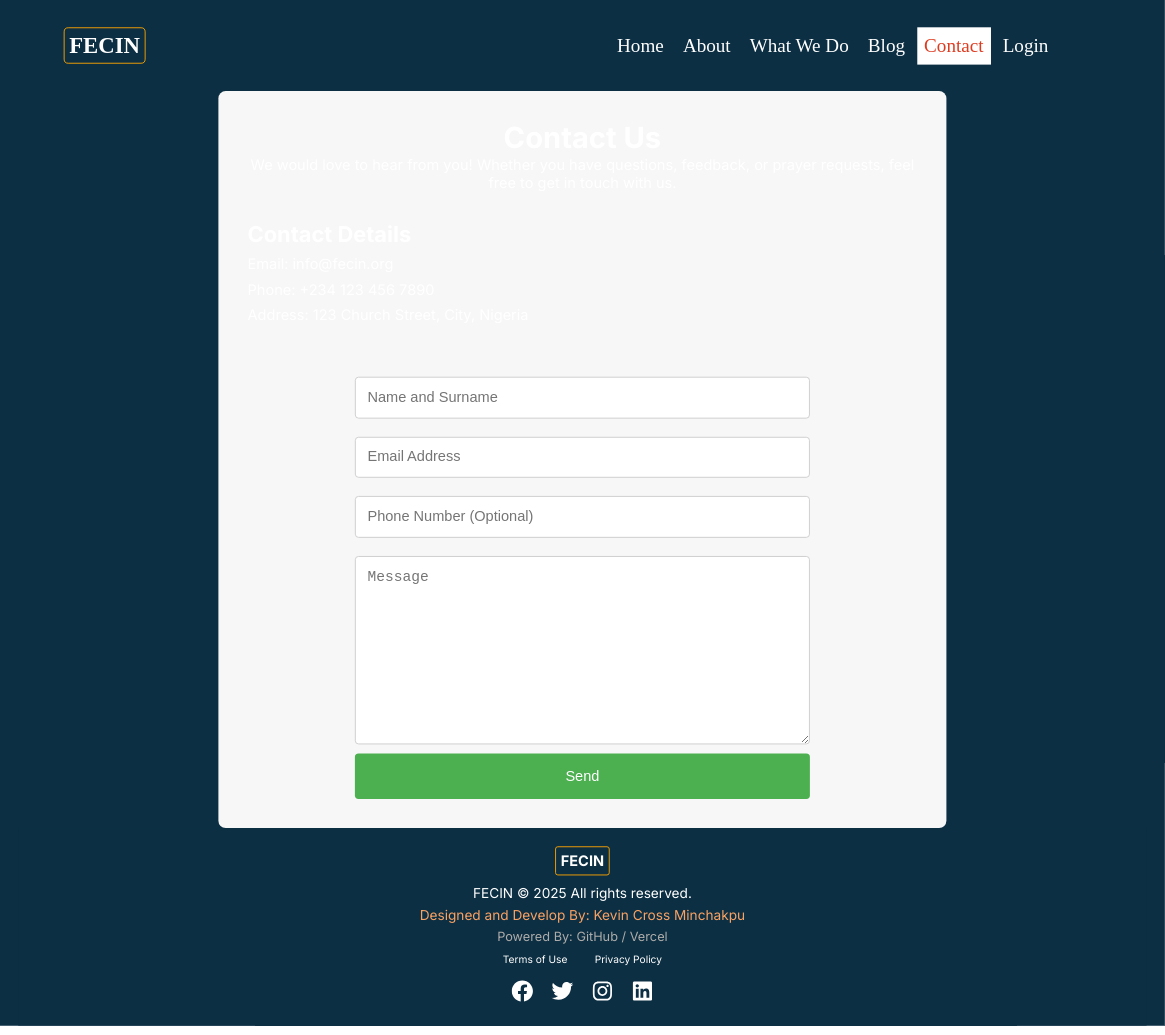
Repository: KCMinchakpu/fecin-projectgs497
Page: /contact
An editor plug-in stored every save of this project. The page is shown before and after the next save, followed by the edit.
The browser window is 1280 px wide. The pictures show the whole page, at 91% of full size.
The page's requests for data from a server got no answer. The project was rebuilt for these pictures with package versions that can differ from the ones it lists, and the page was loaded fresh each time. The framework's server and built-in components were replaced by stand-ins that run in the browser. No one was signed in, and anything a server would have sent is missing. Also part of the build but not shown: next.config.mjs.

Above is the page before, as saved 2025-04-12 13:01:22.

### src/app/layout.js
"use client";

import { Inter } from "next/font/google";
import "./globals.css";
import Navbar from "@/components/navbar/Navbar";
import Footer from "@/components/footer/Footer";
import { SessionProvider } from "next-auth/react"; // Import SessionProvider

const inter = Inter({ subsets: ["latin"] });

export default function RootLayout({ children }) {
  return (
    <html lang="en">
      <body className={inter.className}>
        <SessionProvider>
          <div className="container">
            <Navbar />
            {children}
            <Footer />
          </div>
        </SessionProvider>
      </body>
    </html>
  );
}

### src/app/contact/page.jsx
"use client";

import React from 'react';
import Image from 'next/image';
import styles from './contact.module.css';

const ContactPage = () => {

  const a = Math.random();
  console.log(a);

  return (
    <div className={styles.container}>
      <h1 className={styles.heading}>Contact Us</h1>
      <p className={styles.description}>
        We would love to hear from you! Whether you have questions, feedback, or prayer requests, feel free to get in touch with us.
      </p>

      {/* Contact Details Section */}
      <div className={styles.contactDetails}>
        <h2>Contact Details</h2>
        <p>Email: <a href="mailto:info@fecin.org">info@fecin.org</a></p>
        <p>Phone: +234 123 456 7890</p>
        <p>Address: 123 Church Street, City, Nigeria</p>
      </div>

      {/* Contact Form Section */}
      <div className={styles.formContainer}>
        <form action="" className={styles.form}>
          <input type="text" placeholder="Name and Surname" className={styles.input} />
          <input type="email" placeholder="Email Address" className={styles.input} />
          <input type="text" placeholder="Phone Number (Optional)" className={styles.input} />
          <textarea
            name=""
            id=""
            cols="30"
            rows="10"
            placeholder="Message"
            className={styles.textarea}
          ></textarea>
          <button className={styles.button} onClick={() => console.log("clicked")}>Send</button>
        </form>
      </div>
    </div>
  );
};

export default ContactPage;

### src/app/globals.css
:root {
    --bg: #0c2f43;
    --text: white;
    --bgSoft: #091f2c;
    --textSoft: rgb(237, 232, 232);
    --btn: #de3c21;
    --bgWhite: white;
    --textGray: #444444;
}

/* Box sizing rules */
* {
    box-sizing: border-box;
    margin:0;
    padding: 0;
  }

/* Set core body defaults */
body {
    background-color: var(--bgWhite);
    color: var(--text);
  }

a {
    color: inherit;
    text-decoration: none;
}

.container {
  background-color: var(--bg);
  width: 100%; /* Default for small screens */
  margin: auto;
  padding-left: 20px;
  padding-right: 20px;
  min-height: 120vh;
  display: flex;
  flex-direction: column;
  justify-content: space-between;
}

.callnana {
    background-color: var(--bgWhite);
    color: var(--textGray);
    padding: 20px;
    border-radius: 8px;
    box-shadow: 0 4px 8px rgba(0, 0, 0, 0.1);
    margin-bottom: 20px;
    width: 400px;
    height: 200px;
    align-items: center;
    justify-items: center;
}

### src/components/navbar/Navbar.jsx
import React from 'react';
import Link from 'next/link';
import Links from "./links/Links";
import styles from "./navbar.module.css";

const Navbar = () => {
  return (
    <div className={styles.container}>
      <Link href="/" className={styles.logo}>FECIN</Link>
      <div>
        <Links />
      </div>
    </div>
  );
};

export default Navbar;

### src/components/footer/Footer.jsx
import React from 'react';
import styles from './footer.module.css';
import { FaFacebook, FaTwitter, FaInstagram, FaLinkedin } from 'react-icons/fa';

const Footer = () => {
  return (
    <div className={styles.container}>
      <div className={styles.logo}>
        {/* You can add a logo image here if needed */}
        <h2>FECIN</h2>
      </div>
      <div>
        <p className={styles.text}>FECIN © 2025 All rights reserved.</p>
        <p className={styles.author}>
          <a href="https://www.linkedin.com/in/kevin-cross-minchakpu-7897379a" target="_blank">Designed and Develop By: Kevin Cross Minchakpu</a>
          </p>
        <p className={styles.company}>
          <a href="https://octatesystems.github.io/OSNigeria/">Powered By: GitHub / Vercel</a>
          </p>
      </div>
      <div className={styles.links}>
        <a href="/terms" className={styles.link}>Terms of Use</a>
        <a href="/privacy" className={styles.link}>Privacy Policy</a>
      </div>
      <div className={styles.socialIcons}>
        <a href="https://facebook.com" target="_blank" rel="noopener noreferrer" className={styles.icon}>
          <FaFacebook />
        </a>
        <a href="https://twitter.com" target="_blank" rel="noopener noreferrer" className={styles.icon}>
          <FaTwitter />
        </a>
        <a href="https://instagram.com" target="_blank" rel="noopener noreferrer" className={styles.icon}>
          <FaInstagram />
        </a>
        <a href="https://linkedin.com" target="_blank" rel="noopener noreferrer" className={styles.icon}>
          <FaLinkedin />
        </a>
      </div>
    </div>
  );
};

export default Footer;

### src/app/contact/contact.module.css
/* contact.module.css */

.container {
  padding: 2rem;
  max-width: 800px;
  margin: 0 auto;
  background-color: #f7f7f7; /* Light background color for the container */
  border-radius: 8px; /* Optional: Adds rounded corners */
}

.heading {
  font-size: 2rem;
  text-align: center;
}

.description {
  text-align: center;
  margin-bottom: 2rem;
}

.contactDetails {
  margin-bottom: 3rem;
}

.contactDetails h2 {
  font-size: 1.5rem;
}

.contactDetails p {
  font-size: 1rem;
  margin: 0.5rem 0;
}

.formContainer {
  display: flex;
  justify-content: center;
}

.form {
  width: 100%;
  max-width: 500px;
  display: flex;
  flex-direction: column;
}

.input, .textarea {
  margin: 10px 0;
  padding: 0.8rem;
  font-size: 1rem;
  border: 1px solid #ccc;
  border-radius: 4px;
}

.textarea {
  resize: vertical;
}

.button {
  background-color: #4CAF50;
  color: white;
  padding: 1rem;
  font-size: 1rem;
  border: none;
  border-radius: 4px;
  cursor: pointer;
  transition: background-color 0.3s;
}

.button:hover {
  background-color: #45a049;
}

### src/components/navbar/links/Links.jsx
"use client";

import React, { useState } from "react";
import { useSession } from "next-auth/react";
import Image from 'next/image';
import NavLink from "../navLink/NavLink";
import styles from "./links.module.css";

const links = [
  { title: "Home", path: "/" },
  { title: "About", path: "/about" },
  { title: "What We Do", path: "/whatwedo" },
  { title: "Blog", path: "/blog" },
  { title: "Contact", path: "/contact" },
];

const Links = () => {
  const [open, setOpen] = useState(false);
  const { data: session, status } = useSession();

  const isAdmin = session?.user?.role === "admin";

  return (
    <div className={styles.container}>
      <div className={styles.links}>
        {links.map((link) => (
          <NavLink item={link} key={link.title} />
        ))}

        {!session && status !== "loading" && (
          <NavLink item={{ title: "Login", path: "/login" }} />
        )}

        {session && isAdmin && (
          <NavLink item={{ title: "Admin", path: "/admin" }} />
        )}

        {session && (
          <form method="post" action="/api/auth/signout">
            <button className={styles.logout}>Logout</button>
          </form>
        )}
      </div>

      <Image
        className={styles.menuButton}
        src="/menu.png"
        alt="Hamburger menu"
        width={30}
        height={30}
        onClick={() => setOpen((prev) => !prev)}
      />

      {open && (
        <div className={styles.mobileLinks}>
          {links.map((link) => (
            <NavLink item={link} key={link.title} />
          ))}
        </div>
      )}
    </div>
  );
};

export default Links;

### src/components/navbar/navbar.module.css
.container {
    height: 100px;
    display: flex;
    align-items: center;
    justify-content: space-between;
}

.logo {
    font-size: 25px;
    font-weight: bold;
    font-family: "Play", serif;
    font-weight: 700;
    font-style: normal;
    border: 1.5px solid orange;
    padding: 5px;
    border-radius: 5px;
    margin-left: 50px;
}

### src/components/footer/footer.module.css
/* Footer Container */
.container {
    background-color: var(--bg);
    color: white;
    display: flex;
    flex-direction: column;
    align-items: center;
    justify-content: space-between;
    padding: 20px;
    text-align: center;
  }

  .logo h2 {
    font-size: 1rem;
    margin-bottom: 10px;
    border: 1px solid orange;
    padding: 5px;
    border-radius: 3px;
  }

  .text {
    margin-bottom: 5px;
    font-size: 15px;

  }
  .author {
    margin-bottom: 5px;
    font-size: 15px;
    color: rgb(250, 162, 99);
  }

  .company {
    margin-bottom: 5px;
    font-size: 14px;
    color: rgb(174, 172, 170);
  }

  .author:hover {
    text-decoration: underline;
  }

  .company:hover {
    text-decoration: underline;
  }

  .links {
    margin-bottom: 15px;
  }

  .link {
    color: white;
    margin: 0 15px;
    text-decoration: none;
    font-size: 0.7rem;
  }

  .link:hover {
    text-decoration: underline;
  }

  .socialIcons {
    display: flex;
    justify-content: center;
    gap: 20px;
  }

  .icon {
    font-size: 1.5rem;
    color: white;
    transition: color 0.3s ease;
  }

  .icon:hover {
    color: #0070f3;
  }


  @media (min-width: 768px) {
    .container {
      flex-direction: column;
      align-items: center;
      justify-content: space-around;
    }
  }

### src/components/navbar/navLink/navLink.jsx
"use client";

import React from "react";
import Link from "next/link";
import { usePathname } from "next/navigation";
import styles from "./navLink.module.css";

const NavLink = ({ item }) => {
  const pathName = usePathname();
  return (
    <Link
      href={item.path}
      className={`${styles.container} ${
        pathName === item.path ? styles.active : ""
      }`}
    >
      {item.title}
    </Link>
  );
};

export default NavLink;

### src/components/navbar/links/links.module.css
.links {
    display: flex;
    align-items: center;
    gap: 5px;
    font-family: "Play", serif;
    font-style: normal;
    margin-right: 100px;
    font-size: 21px;
}

.logout {
    padding: 5px;
    cursor: pointer;
    font-weight: bold;
    font-size: 15px;
}

.menuButton,
.mobileLinks {
   display: none;
  }

  @media (max-width: 480px){
    .links {
        display: none;
    }

    .menuButton {
        display: block;
        cursor: pointer;
      }

    .mobileLinks {
        position: absolute;
        top: 100px;
        right: 0;
        width: 50%;
        height: calc(100vh-100px);
        /*background-color: var(--bg);*/
       background-color: brown;
        display: flex;
        flex-direction: column;
        align-items: center;
        justify-content: center;
        gap: 10px;
      }
  }

### src/components/navbar/navLink/navLink.module.css
.container {
    padding: 8px;
    text-align: center;


}

.active {
    background-color: var(--text);
    color: var(--btn);
}

After the next save:
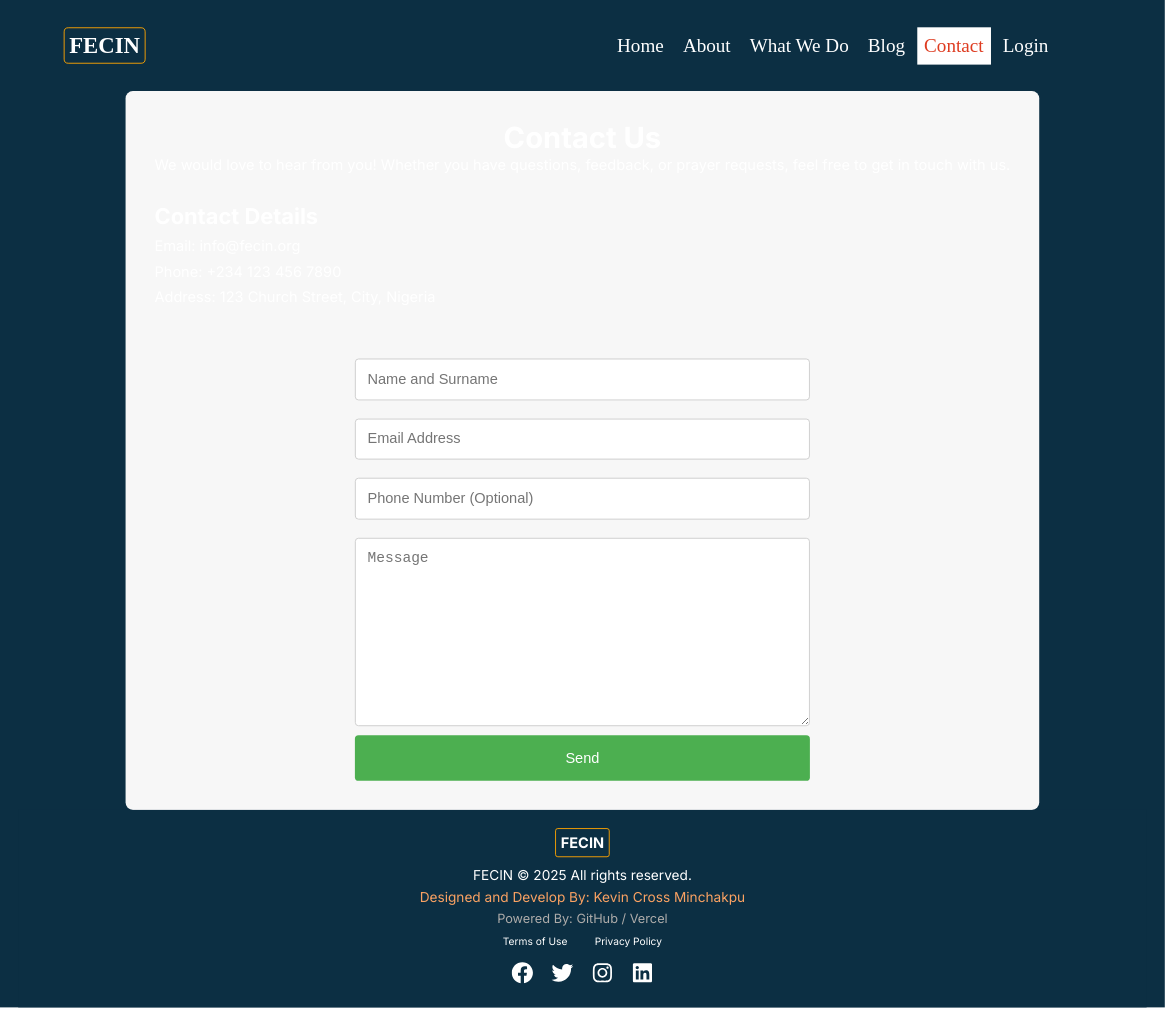
Saved 40 s later.
--- a/src/app/contact/contact.module.css
+++ b/src/app/contact/contact.module.css
@@ -2,11 +2,9 @@
 
 .container {
   padding: 2rem;
-  max-width: 800px;
-  margin: 0 auto;
-  background-color: #f7f7f7; /* Light background color for the container */
-  border-radius: 8px; /* Optional: Adds rounded corners */
-}
+   margin: 0 auto;
+  background-color: #f7f7f7;
+  border-radius: 8px;
 
 .heading {
   font-size: 2rem;

After the save that followed:
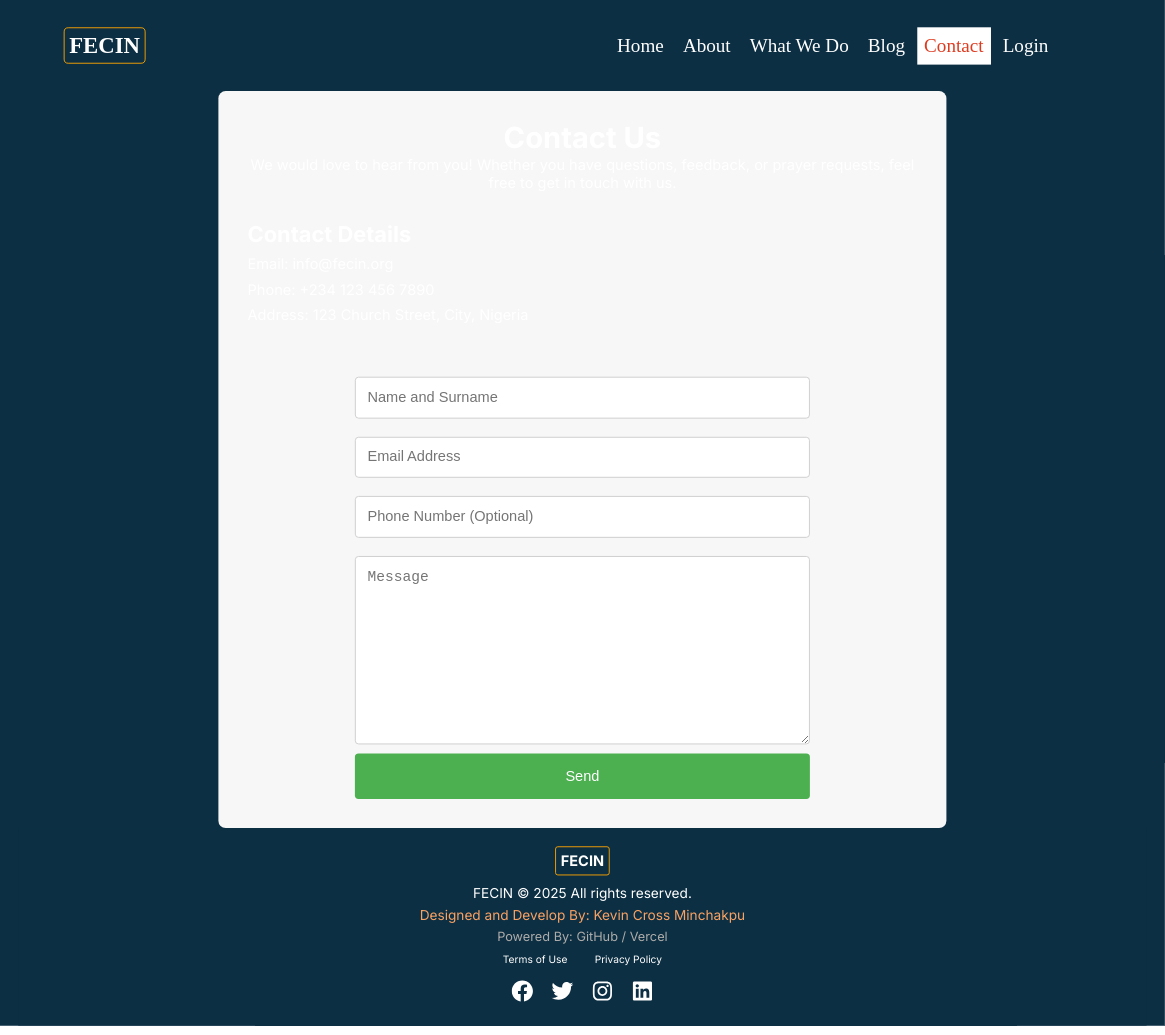
Saved 38 s later.
--- a/src/app/contact/contact.module.css
+++ b/src/app/contact/contact.module.css
@@ -2,9 +2,11 @@
 
 .container {
   padding: 2rem;
-   margin: 0 auto;
+  max-width: 800px;
+  margin: 0 auto;
   background-color: #f7f7f7;
   border-radius: 8px;
+}
 
 .heading {
   font-size: 2rem;
